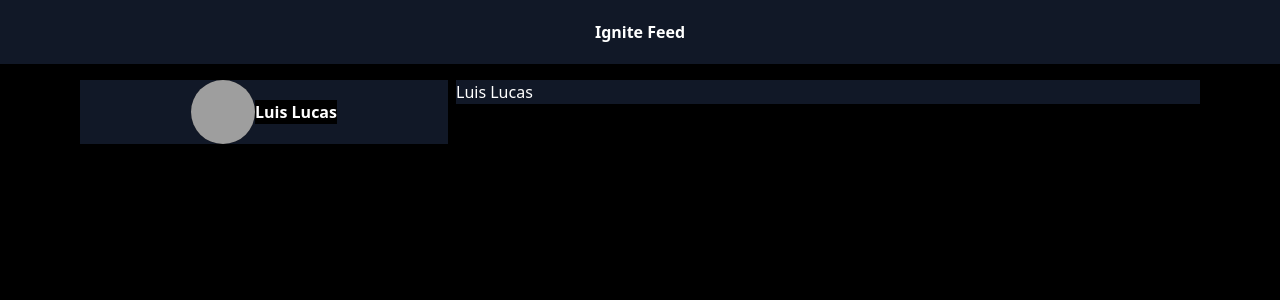
Repository: LuisSempre/ignite-feed
Page: /
These files come from the project's save history. The page is drawn as it stood at one moment and after the next save; the edit follows.
The browser window is 1280 px wide. The pictures show the whole page.
Pictures or frames that could not be fetched are drawn as grey boxes. The project was rebuilt for these pictures with package versions that can differ from the ones it lists, and the page was loaded fresh each time. Also part of the build but not shown: vite.config.js.

Above is the page before, as saved 2022-07-13 21:27:58.

### src/App.jsx
import { Header } from "./Components/Header"
import { Sidebar } from "./Components/Sidebar"
function App() {
  return (
    <div>
      <Header />
      <div className="max-w-6xl mx-auto p-4 grid grid-cols-3 gap-2 items-start">
        <Sidebar />
        <div className="bg-gray-900 col-span-2">
          Luis Lucas
        </div>
      </div>
    </div>
  );
}

export default App;

### src/index.css
@tailwind base;
@tailwind components;
@tailwind utilities;

* {
    @apply bg-black text-white;
}

### src/Components/Header.jsx
export function Header() {
  return (
    <div className="flex max-w-7xl items-center justify-center h-16 bg-gray-900">
      <h1 className="font-bold bg-gray-900">Ignite Feed</h1>
    </div>
  )
}

### src/Components/Sidebar.jsx
export function Sidebar() {
  return (
    <div className="bg-gray-900 justify-center flex items-center">
      <img
        className="w-16 h-16 rounded-full"
        src="https://avatars.githubusercontent.com/u/32404639?v=4"
        alt=""
      />

      <strong>Luis Lucas</strong>
    </div>
  );
}

Loaded but not shown: index.html (common file); src/main.jsx (common file); tailwind.config.js (common file)

After the next save:
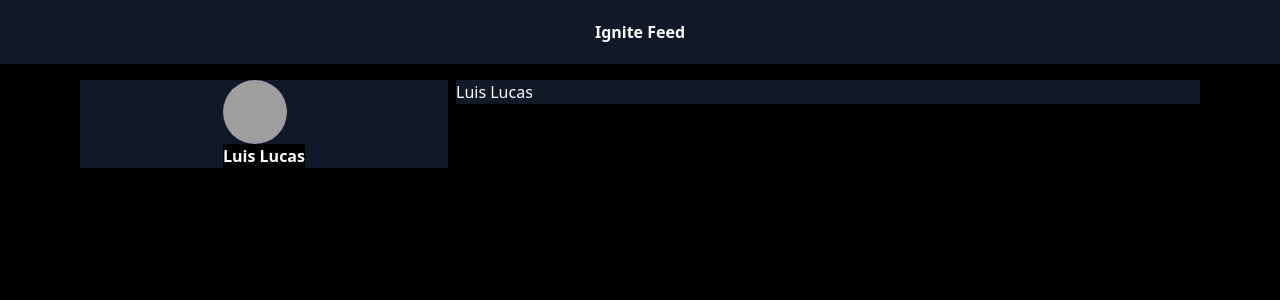
Saved 13 s later.
--- a/src/Components/Sidebar.jsx
+++ b/src/Components/Sidebar.jsx
@@ -1,6 +1,6 @@
 export function Sidebar() {
   return (
-    <div className="bg-gray-900 justify-center flex items-center">
+    <div className="bg-gray-900 justify-center grid items-center">
       <img
         className="w-16 h-16 rounded-full"
         src="https://avatars.githubusercontent.com/u/32404639?v=4"
